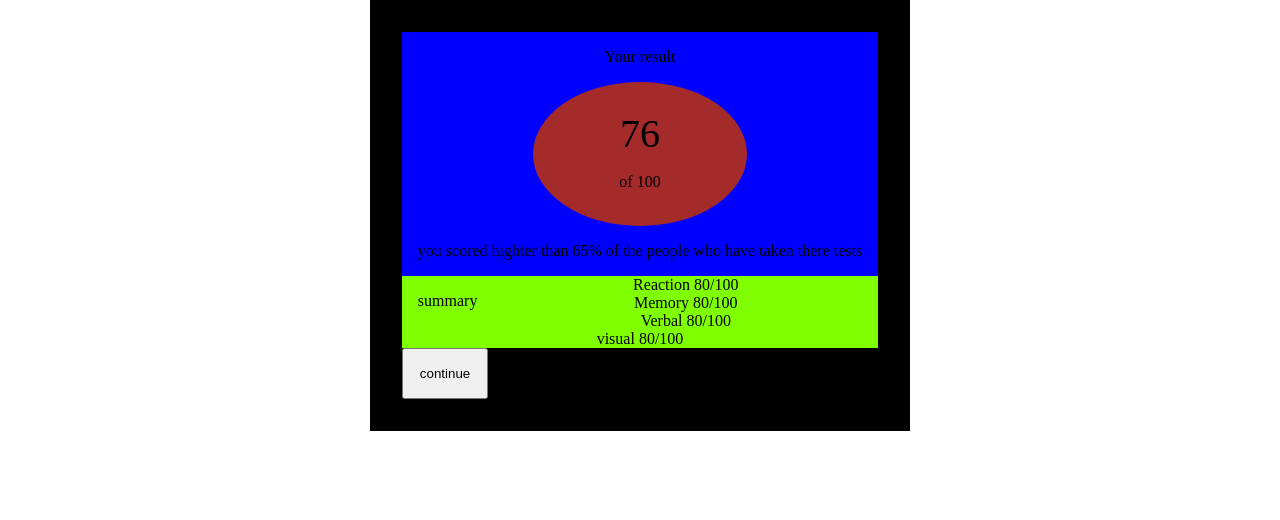
Repository: rahanwz/Card2-raha
Page: card2.html
These files come from the project's save history. The page is drawn as it stood at one moment and after a run of saves; the edit follows.
The browser window is 1280 px wide. The pictures show the whole page.

Above is the page before, as saved 2024-02-19 23:38:39.

### card2.html
<!DOCTYPE html>
<html lang="en">
  <head>
    <meta charset="UTF-8" />
    <meta name="viewport" content="width=device-width, initial-scale=1.0" />
    <title>Document</title>
    <link rel="stylesheet" href="card2.css" />
  </head>
  <body>
    <div class="container">
      <div class="card_container">
        <div class="top_card">
          <p>Your result</p>
          <div class="present">
           <p>76</p><p>of 100</p>
          </div>
          <p class="describ">
            you scored highter than 65% of the people who have taken there tests
          </p>
        </div>
        <div class="bottom_card">
          <p>summary</p>
          <div>Reaction 80/100</div>
          <div>Memory 80/100</div>
          <div>Verbal 80/100</div>
          <div>visual 80/100</div>
          <div><button>continue</button></div>
        </div>
      </div>
    </div>
  </body>
</html>

### card2.css
* {
  padding: 0;
  margin: 0;
  box-sizing: border-box;
}
body {
  display: flex;
  justify-content: center;
}
.container {
  background-color: black;
  padding: 2rem;
}
.card_container {
  background-color: aquamarine;
}
.card_container {
  text-align: center;
}

.top_card :first-child{
  padding: 1rem;
}
.present :first-child {
  font-size: 2.5rem;
  padding-top: 1.75rem;
}

.present {
  background-color: #f57d1f;
  height: 20vh;
  width: 45%;
  border-radius: 100%;
  background-color: brown;
  margin: auto;
}

.describ{
    padding: 1rem;
}

.top_card {
  background-color: blue;
}

.bottom_card :first-child{
padding: 1rem;
float: left;
}




.bottom_card {
  background-color: chartreuse;
  height: 100%;
}

After the next 9 saves:
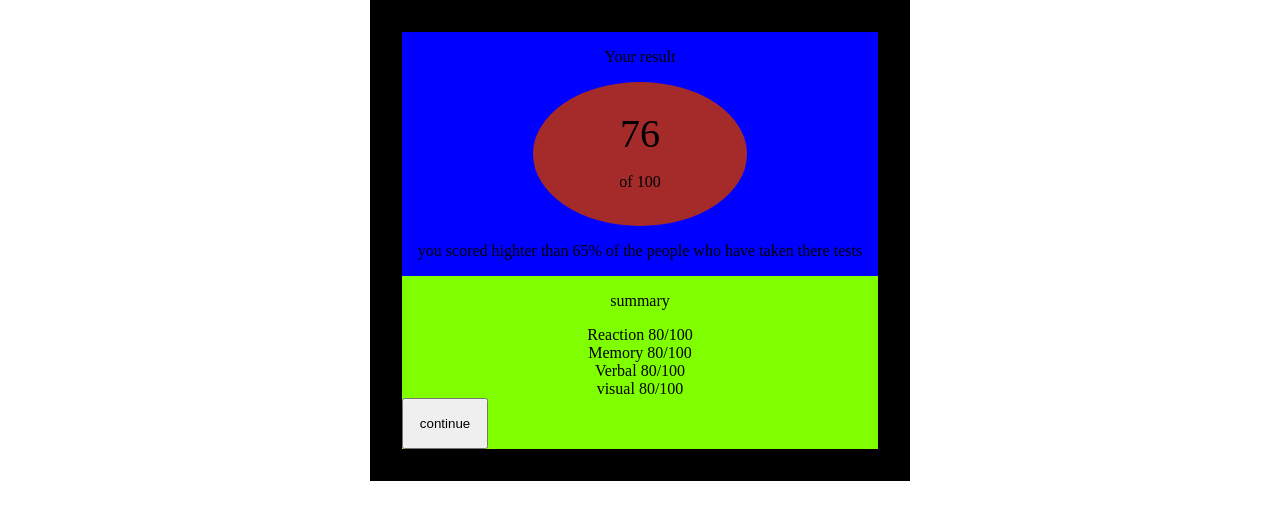
The 9 saves are shown as one change because they came seconds apart.
The last was saved 26 s later.
--- a/card2.css
+++ b/card2.css
@@ -18,7 +18,7 @@ body {
   text-align: center;
 }
 
-.top_card :first-child{
+.top_card :first-child {
   padding: 1rem;
 }
 .present :first-child {
@@ -35,23 +35,22 @@ body {
   margin: auto;
 }
 
-.describ{
-    padding: 1rem;
+.describ {
+  padding: 1rem;
 }
 
 .top_card {
   background-color: blue;
 }
 
-.bottom_card :first-child{
-padding: 1rem;
-float: left;
+.bottom_card :first-child {
+  padding: 1rem;
+  float: left;
 }
-
-
-
 
 .bottom_card {
   background-color: chartreuse;
   height: 100%;
+  display: flex;
+  flex-direction: column;
 }
